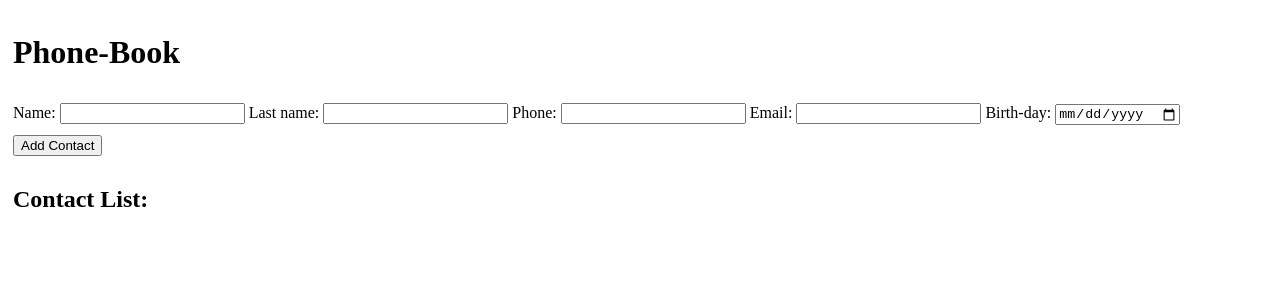
Repository: STA1357/Phone-book
Page: Inner.html
The author's editor kept a copy of each file at every save. The page is drawn from the files as they stood at one save, then again after the next save.
The browser window is 1280 px wide. The pictures show the whole page.

Above is the page before, as saved 2020-12-10 10:55:41.

### Inner.html
<!DOCTYPE html>
<html lang="en">
<head>
    <meta charset="UTF-8">
    <meta name="viewport" content="width=device-width, initial-scale=1.0">
    <title>Phone Book</title>
    <link rel="stylesheet" href="./styles.css">
    <script src="./app.js"></script>
</head>
<body>
    <form action="#" method="POST">

        <header>
            <div class="header-title">
                <h1>Phone-Book</h1>
            </div>
        </header>

        <main>
            <div class="container">
                <label for="name">Name:</label>
                <input type="text" id="nameInput">
                <label for="lname">Last name:</label>
                <input type="text" id="lnameInput">
                <label for="tel">Phone:</label>
                <input type="text" id="telInput" class="tellinput">
                <label for="email">Email:</label>
                <input type="email" id="emailInput">
                <label for="birthname">Birth-day:</label>
                <input type="date" id="birthInput">
            </div>

        </main>

        <div class="btn">
        <button type="submit" id="btnAdd">Add Contact</button>
    </div>
    </form>
<div class="list-container">
    <h2>Contact List:</h2>
    <ul id="users"></ul>
</div>
</body>
</html>

### styles.css
*{
    box-sizing: border-box;
}










.selected{
    background-color: skyblue;
    color: black;
    text-shadow: 0.5px 0.5px grey;
}

.deleteBtn::before{
    color: brown;
    content: "delete";
}

div{
    padding: 5px;
}

li{
    font-weight: bold;
    font-style: italic;
}

### app.js
window.onload = function() {
    const localKey = 'contactsCollection';
    const form = document.querySelector('form');
    const list = document.getElementById('users');
    const userName = document.getElementById('nameInput');
    const userLname = document.getElementById('lnameInput');
    const userTel = document.getElementById('telInput');
    const userEmail = document.getElementById('emailInput');
    const userBirth = document.getElementById('birthInput');

    let contactsList = getContacts();
    let activeContact = null;

    generateContactList();

    function getContacts() {
        const res = localStorage.getItem(localKey);
        return res ? JSON.parse(res) : [];
    }

    function setToStorage(data) {
        localStorage.setItem(localKey, data);
    }

    function updateContactList(newList) {
        const string = JSON.stringify(newList);
        contactsList = newList;
        setToStorage(string);
        generateContactList();
    }

    function recordContact(newContact) {
        updateContactList([...contactsList, newContact])
    }

    function updateContact(newData) {
        contactsList = contactsList.map(contact => contact.id === newData.id ? newData : contact);
        updateContactList(contactsList);
    }

    function deleteContact(removeId) {
        contactsList = contactsList.filter(({ id }) => id !== removeId);
        updateContactList(contactsList);
    }

    function setActiveContact(id) {
        const contact = document.getElementById(`contact-${id}`);
        contact.classList.toggle('active');
    }

    function generateContactList() {
        console.log(contactsList);
        const fragment = document.createDocumentFragment();
        contactsList.forEach((contact) => {
            const { id, name, lastName, phone, mail, birthDay } = contact;
            const container = document.createElement('div');
            container.onclick = () => setActiveContact(id);
            container.id = `contact-${id}`;
            const title = document.createElement('li');
            title.innerText = `${name} ${lastName}`;

            const infoList = document.createElement('b');
            infoList.innerText = phone + ' - ' + mail + ' - ' + birthDay;
            // phonesList.innerText = phones.join(' ');
            container.appendChild(title);
            container.appendChild(infoList);
            fragment.appendChild(container);

            const deleteBtn = document.createElement('button');
            deleteBtn.className = 'deleteBtn'
            fragment.appendChild(deleteBtn);
            deleteBtn.addEventListener('mousedown', function (e) {
                e.preventDefault();
            })

            deleteBtn.addEventListener('click', function (e) {
                console.log(e);
                deleteContact();
            })

            //const btn = document.createElement('button');
            //btn.onclick = () => !deleteContact(removeId);
            //btn.appendChild(container)


            container.addEventListener('mousedown', function (e) {
                e.preventDefault();
            })

            container.addEventListener('click', function (e) {
                console.log(e);


                if (e.target == this) {
                    return false;

                }
                if (!e.ctrlKey) {
                    clearSelected(this.children);
                }
                addSelected(e.target);
            })

            function clearSelected(elems) {
                for (let elem of elems) {
                    elem.classList.remove('selected');
                }
            }

            function addSelected(target) {
                target.classList.add('selected');
            }
        });


        list.innerHTML = '';
        list.appendChild(fragment);


    }

    function getId() {
        return '_' + Math.random().toString(36).substr(2, 9);
    };

    form.onsubmit = (event) => {
        event.preventDefault();
        const contact = {
            id: getId(),
            name: userName.value,
            lastName: userLname.value,
            phone: userTel.value,
            mail: userEmail.value,
            birthDay: userBirth.value
        }
        recordContact(contact);
        console.log(contact);
    }
}

// const form = document.querySelector('form')
// const list = document.getElementById('users')
// const userName = document.getElementById('nameInput')
// const userLname = document.getElementById('lnameInput')
// const userTel = document.getElementById('telInput')
// const userEmail = document.getElementById('emailInput')
// const userBirth = document.getElementById('birthInput')
// const entry = document.createElement('li')


// function addUser() {
//     const list = document.getElementById('users')
//     const userName = document.getElementById('nameInput')
//     const userLname = document.getElementById('lnameInput')
//     const userTel = document.getElementById('telInput')
//     const userEmail = document.getElementById('emailInput')
//     const userBirth = document.getElementById('birthInput')
//     const entry = document.createElement('li')
//     entry.appendChild(document.createTextNode(userName.value + ' ' + userLname.value + ' '
//     + userTel.value + ' ' + userEmail.value + ' ' + userBirth.value))
//     list.appendChild(entry)
//     return false

// }

// let bookContacts = [];

// const addContacts = (ev) => {
//     ev.preventDefault();
//     let contact = {
//         name: document.getElementById('nameInput').value,
//         lname: userLname.value,
//         tel: userTel.value,
//         email: userEmail.value,
//         birthday: userBirth.value
//     }
//     bookContacts.push(contact);
//     document.forms[0].reset();
// }
// document.addEventListener('DomContentLoad', () =>{
//     document.getElementById('btnAdd').addEventListener('click',addContacts)
// })
// console.log(bookContacts);




/*class Person{
    constructor(options){
        this.name = options.name
        this.lname = options.lname
        this.tel = options.tel
        this.email = options.email
        this.birthday = options.birthday
    }
}

class User extends Person{
    static type = "User"
}

const user = new User({
    name: "",
    lname: "",
    tel: "",
    email:"",
    birthday:""
})


localStorage.setItem('userInfo', JSON.stringify(user));




const raw = localStorage.getItem('userInfo')
const userInfo = JSON.parse(raw)
userInfo.name = 'Maxim'

console.log(userInfo);*/

After the next save:
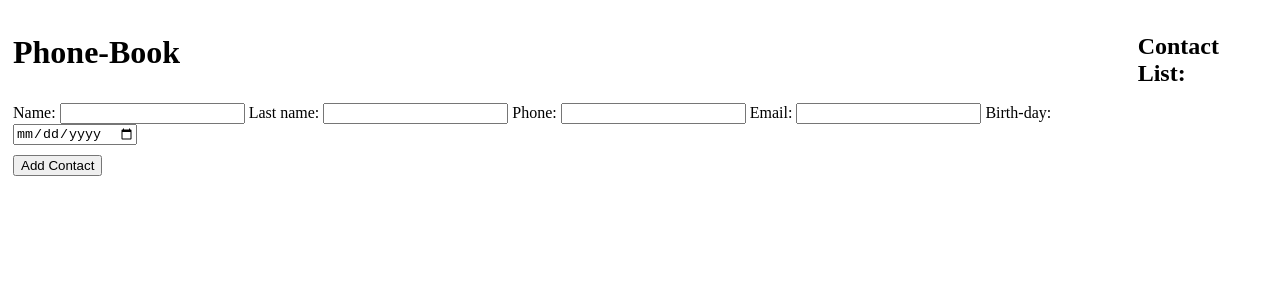
Saved 32 s later.
--- a/styles.css
+++ b/styles.css
@@ -2,6 +2,10 @@
     box-sizing: border-box;
 }
 
+body{
+    display: flex;
+    flex-direction: row;
+}
 
 
 
